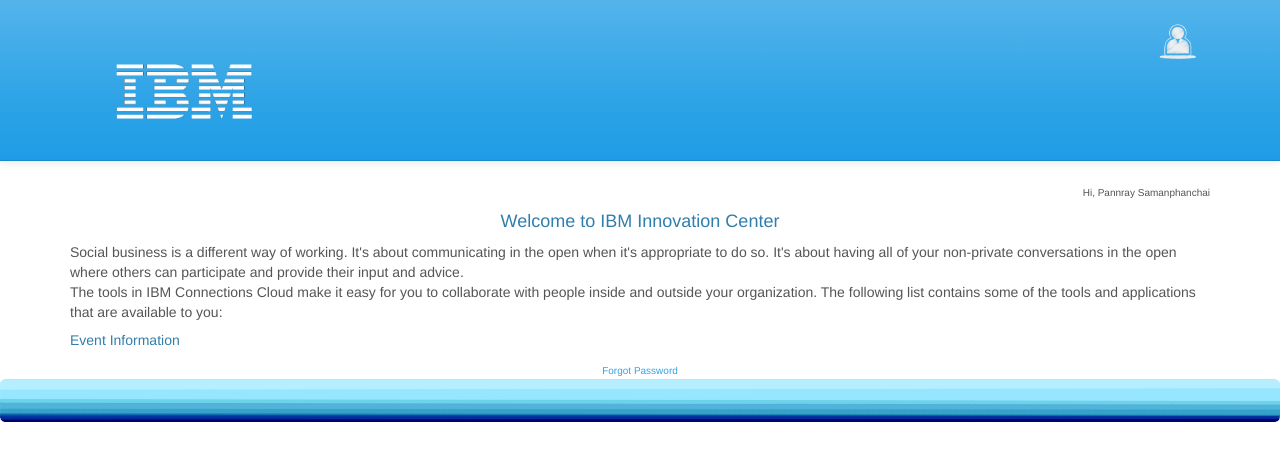
Repository: InnovationCenterOrg/InnovationCustomer
Page: http://localhost/InnovationCustomer/view/test.jsp
The author's editor kept a copy of each file at every save. The page is drawn from the files as they stood at one save, then again after the next save.
The browser window is 1280 px wide. The pictures show the whole page.
Some web libraries are served in a nearby version. The page is served by Tomcat 9. Other server files are loaded and not shown.

Above is the page before, as saved 2016-03-03 03:26:15.

### InnovationCustomer/WebContent/view/test.jsp
<!DOCTYPE HTML>
<%@page language="java"
	contentType="text/html; charset=UTF-8" pageEncoding="UTF-8"%>
<html>
<head>
<meta name="viewport" content="width=device-width, initial-scale=1">
<%@page import="java.text.SimpleDateFormat"%>
<%@page import="com.ibm.innovationcustomer.model.EventModel"%>
<%@page import="com.ibm.innovationcustomer.model.RegisterEventModel"%>
<!-- Bootstrap -->
<link href="${pageContext.request.contextPath}/css/default.css" rel="stylesheet">
<link href="${pageContext.request.contextPath}/css/bootstrap.css" rel="stylesheet">
<link href="${pageContext.request.contextPath}/css/bootstrap.min.css" rel="stylesheet">

<title>IBM Innovation Center</title>
</head>

<body>
	<div class="navbar navbar-static-top">
   		<div class="container">
   			<div align="left">
   			<a href="ViewProfileInitAction">
				<img style="margin-top: 2%;" align="left" class="img-responsive" src="logo-ibm-white.png" width="20%" height="20%"/>
			</a>
			</div>
			<div align="right">
			  	<a class="btn dropdown-toggle" data-toggle="dropdown" href="#">
			    	<img style="margin-top: 5%" align="right" class="img-responsive" src="profile_icon_3.ico" width="15%" height="15%"/>
			 	 </a>
			  	<ul class="dropdown-menu  pull-right" role="menu">
			    	<li style="background-color: #75c3f0"><a tabindex="-1" href="ViewProfileInitAction">Profile Setting</a></li>
			    	<li style="background-color: #75c3f0"><a tabindex="-1" href="ChangePasswordInitAction">Change Password</a></li>
				  	<li style="background-color: #75c3f0"><a tabindex="-1" href="LogoutAction">Logout</a></li>
			  	</ul>
			</div>
		</div>
	</div>


				<!--
				<a class="dropdown" href="#"><img align="right" class="img-responsive" src="images/profile_icon_3.ico" width="8%" height="8%"/></a>
				<ul class="dropdown-menu">
				<li>TEST1</li>
				<li>TEST2</li>
				</ul>
				 -->
				<!--
				<ul class="nav navbar-nav">
				<li class="dropdown">
					<a href="#" class="dropdown-toggle" data-toggle="dropdown" role="button" aria-expanded="true">Report
					<span class="caret"></span>
					</a>
						<ul class="dropdown-menu" role="menu">
							<li><a href="./DashboardMainAction">Dashboard</a></li>
							<li><a href="./ReportMainAction">Report</a></li>
					</ul></li></ul> -->

	<div class="container">
	<div align="right">
	<font style="font-size: x-small;">Hi, Pannray Samanphanchai</font>
	</div>
	<h4 align="center">Welcome to IBM Innovation Center</h4>
	Social business is a different way of working. It's about communicating in the open when it's appropriate to do so. It's about having all of your non-private conversations in the open where others can participate and provide their input and advice.
	<br>
	The tools in IBM Connections Cloud make it easy for you to collaborate with people inside and outside your organization. The following list contains some of the tools and applications that are available to you:
	<h5>Event Information</h5>
	<div align="center">
		<font style="font-size: x-small;">

			<a class="test" data-placement="bottom" href="#" data-toggle="tooltip" title="Hooray!" >Forgot Password</a><br>

		</font>
	</div>

	<span class="tooltip" onmouseover="tooltip.pop(this, 'Lorem ipsum dolor...mauris')">
	    Basic
	</span>
		<!-- jQuery (necessary for Bootstrap's JavaScript plugins) -->
		<script	src="https://ajax.googleapis.com/ajax/libs/jquery/1.11.2/jquery.min.js"></script>
		<!-- Include all compiled plugins (below), or include individual files as needed -->
		<script src="${pageContext.request.contextPath}/js/bootstrap.min.js"></script>
		<script>
		$(document).ready(function(){
		    $('[data-toggle="tooltip"]').tooltip();
		});
		</script>
	</div>

	<img class="img-responsive" src="images/footer.png" width="100%">
</body>
</html>


</html>

### InnovationCustomer/WebContent/css/default.css
.btn-ibsd{
	background-color: #ffe166;
}

Loaded but not shown: InnovationCustomer/WebContent/css/bootstrap.css (library); InnovationCustomer/WebContent/css/bootstrap.min.css (library); InnovationCustomer/WebContent/js/bootstrap.min.js (library)

After the next save:
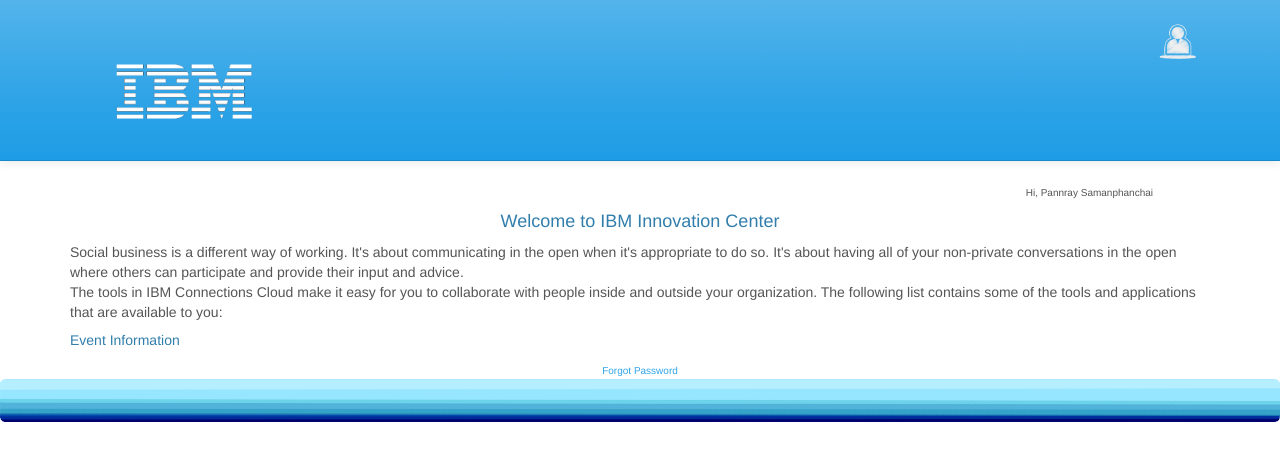
Saved 18 s later.
--- a/InnovationCustomer/WebContent/view/test.jsp
+++ b/InnovationCustomer/WebContent/view/test.jsp
@@ -56,8 +56,8 @@
 					</ul></li></ul> -->
 
 	<div class="container">
-	<div align="right">
-	<font style="font-size: x-small;">Hi, Pannray Samanphanchai</font>
+	<div align="right" style="padding-right: 5%;">
+		<font style="font-size: x-small;">Hi, Pannray Samanphanchai</font>
 	</div>
 	<h4 align="center">Welcome to IBM Innovation Center</h4>
 	Social business is a different way of working. It's about communicating in the open when it's appropriate to do so. It's about having all of your non-private conversations in the open where others can participate and provide their input and advice.
